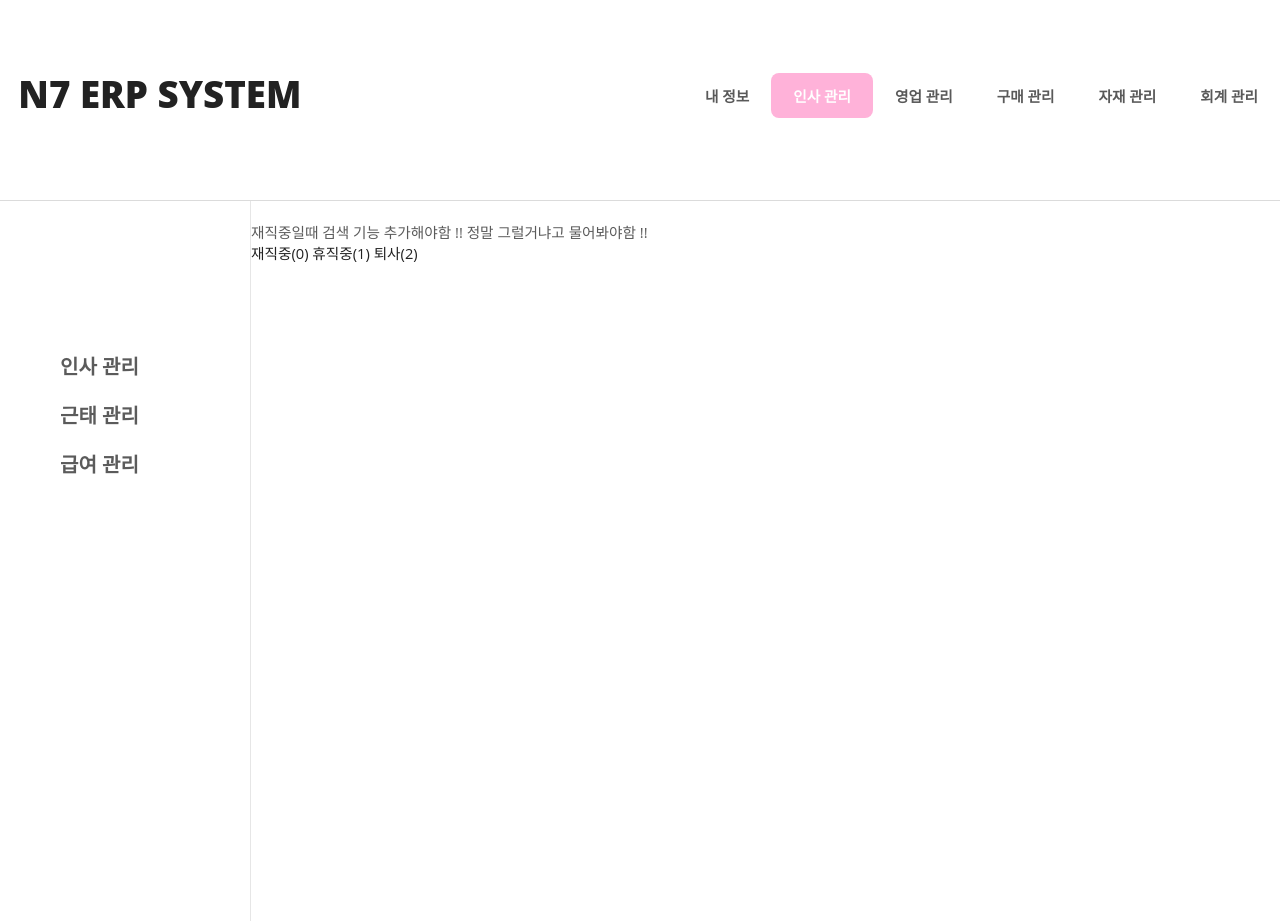
Repository: 100sayung/erpn7
Page: http://localhost/N7_ERPProject/WEB-INF/views/hr/retiremm.jsp
An editor plug-in stored every save of this project. The page is shown before and after the next save, followed by the edit.
The browser window is 1280 px wide. The pictures show the whole page.
The page is served by Tomcat 9. Nobody is signed in. The template is opened directly, without the code that normally fills it, so the values that code supplies are empty.

Above is the page before, as saved 2020-09-16 05:54:59.

After the next save:
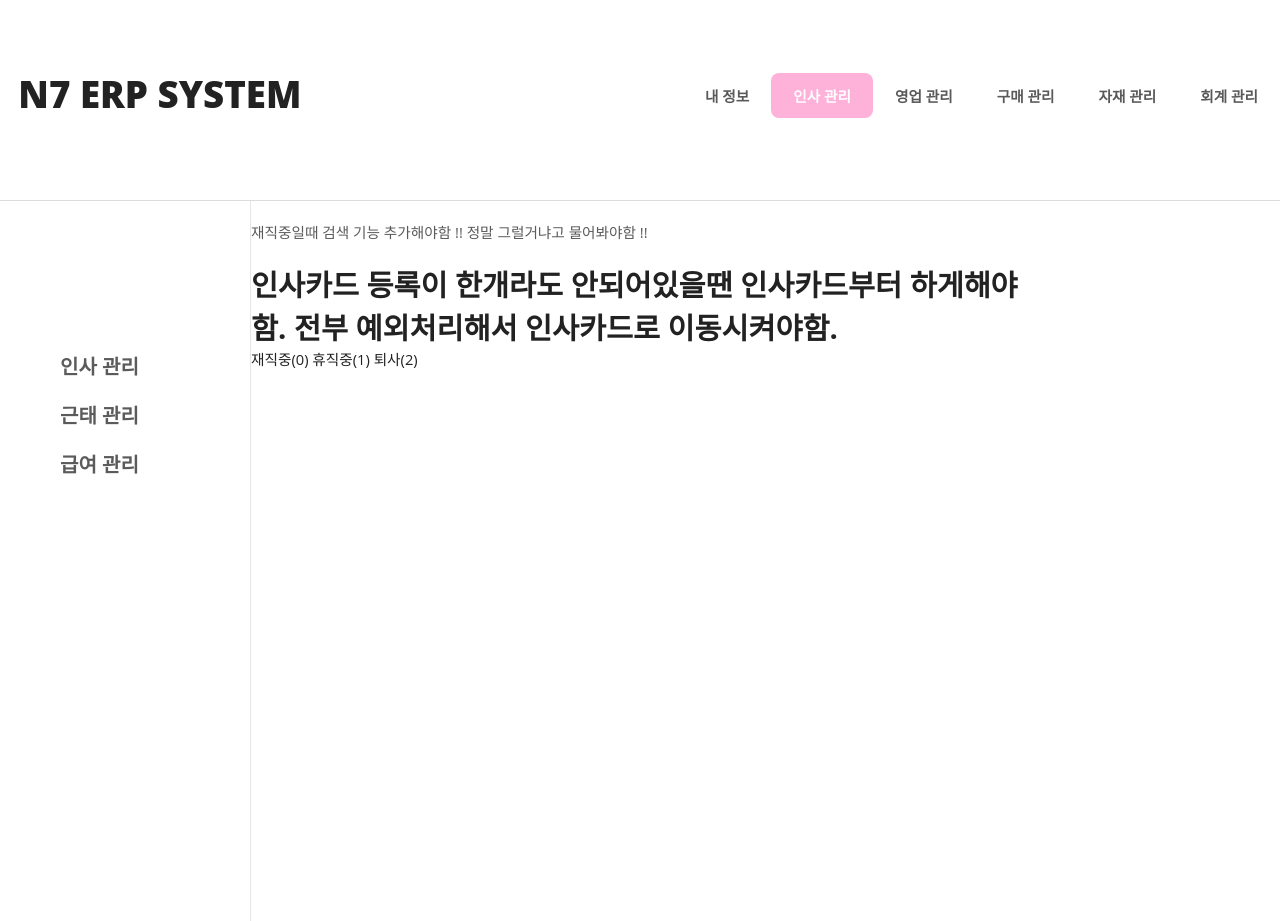
Saved 62 s later.
--- a/N7_ERPProject/src/main/webapp/WEB-INF/views/hr/retiremm.jsp
+++ b/N7_ERPProject/src/main/webapp/WEB-INF/views/hr/retiremm.jsp
@@ -98,6 +98,7 @@ ul {
 
 	<div id="description">
 	<br> 재직중일때 검색 기능 추가해야함 !! 정말 그럴거냐고 물어봐야함 !!<br>
+	<br><h1>인사카드 등록이 한개라도 안되어있을땐 인사카드부터 하게해야함. 전부 예외처리해서 인사카드로 이동시켜야함.</h1>
 		<a href="javascript:CheckRetired(0)"> 재직중(0) </a> <a
 			href="javascript:CheckRetired(1)"> 휴직중(1) </a> <a
 			href="javascript:CheckRetired(2)"> 퇴사(2) </a> <br>
